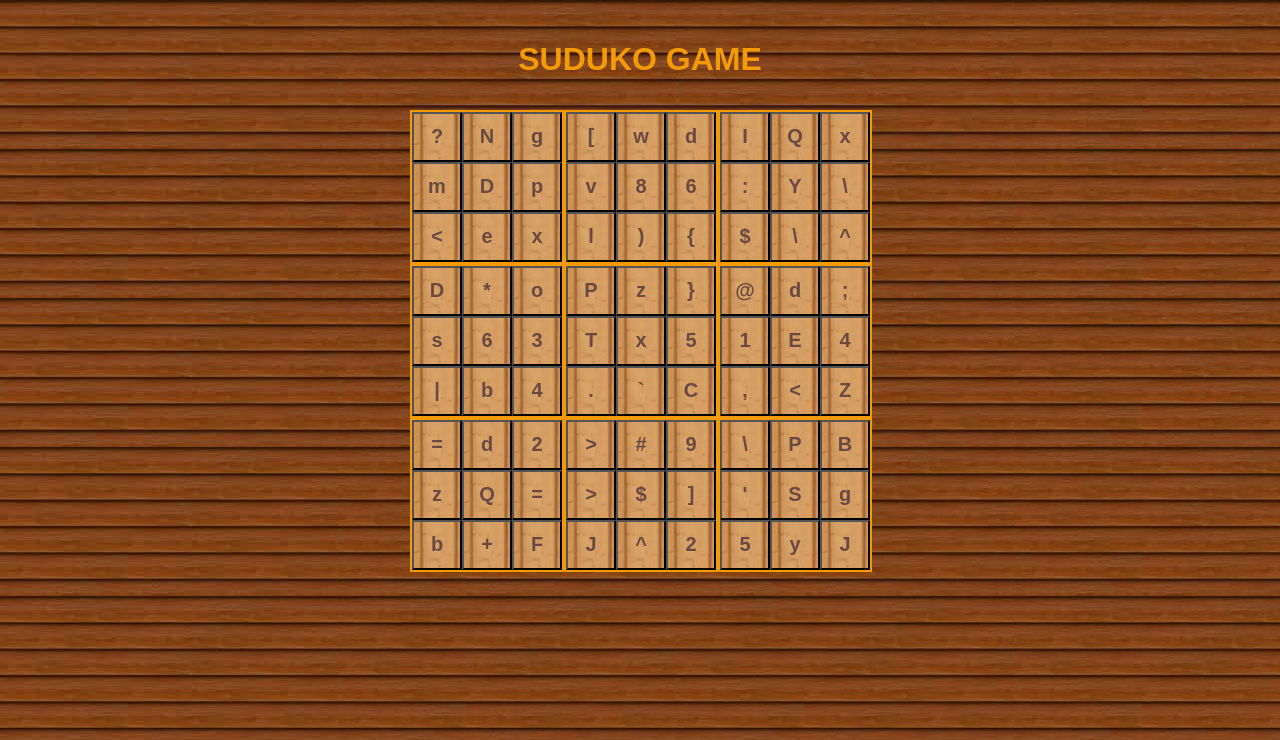
Repository: ahmad8969/Suduko-Game-React-App
Page: /
An editor plug-in stored every save of this project. The page is shown before and after the next save, followed by the edit.
The browser window is 1280 px wide. The pictures show the whole page.
Some web fonts or font styles are not loaded; a fallback is used. The project was rebuilt for these pictures with package versions that can differ from the ones it lists, and the page was loaded fresh each time.

Above is the page before, as saved 2021-02-26 17:06:27.

### src/index.js
import React from 'react';
import ReactDOM from 'react-dom';
import './index.css';
import Board from './board';
import reportWebVitals from './reportWebVitals';

ReactDOM.render(
  <React.StrictMode>
    <Board />
  </React.StrictMode>,
  document.getElementById('root')
);

// If you want to start measuring performance in your app, pass a function
// to log results (for example: reportWebVitals(console.log))
// or send to an analytics endpoint. Learn more: https://bit.ly/CRA-vitals
reportWebVitals();

### src/board.js
import React, {useState} from 'react';
import './App.css';
import Block from './components/block'
import NineBlock from './components/nineBlockComponent';


function Board () {
  const nine_block_Element_into_Nine = [1,2,3,4,5,6,7,8,9];

  const check = function(){
    var pro = prompt("Enter", "Please");
    // setNumber(pro);
    console.log(pro);

  }
  // const check = function(s,i){
  //   console.log( i)
  // }

  return (

    <div className="App">
    <h1>SUDUKO GAME </h1>
    <div className="board_nine_block_Style">
    {nine_block_Element_into_Nine.map((s,i)=>{
      return(
      <div>
      <NineBlock id={i} />
      </div>
      )
    })
    }
    </div>
    </div>
  );
}

export default Board;

### src/App.css
@import url('http://fonts.cdnfonts.com/css/game');
.App {
  text-align: center;
  background-image: url('images/download.jpg');
  color:rgb(245, 154, 7);
  padding-top:20px;
  font-family: 'GAME', sans-serif;
  /* display: flex; */
   height: 100vh !important;
  /* width: 490px !important; */
  margin: 0 auto;

}

.board_nine_block_Style{
  height: 460px !important;
  width: 460px !important;
  /* border:2px solid black !important; */
  padding: 10px;
  margin: 0 auto !important;
  display: grid;
  grid-column-gap: 0px !important;
  grid-row-gap: 0px !important;
  grid-template-columns:repeat(3,1fr)!important;
}
.heading{
  color: white;
  text-align:center;
  padding-top:50px!important;
  /* margin-top: 10px!important; */
  font-size: 30px;

}


/* @keyframes App-logo-spin {
  from {
    transform: rotate(0deg);
  }
  to {
    transform: rotate(360deg);
  }
} */

### src/components/block.js
import React, {useState} from 'react';
import './block.css'

const Block = (props) =>{

    let[value, setValue]= useState(props.number);
    var uniqueId = `${props.boardId}`+ `${props.keyId}` ;
    const [pid] = useState( uniqueId)
    let checkId = ()=>{
        if(pid == `${props.boardId}`+ `${props.keyId}`){
            // alert(pid)
            document.getElementById(pid).style.display ='none';
            document.getElementById('input').style.display ='block'

        }


    }
    const changeState = () =>{

        // let getting_new_value = prompt('enter New Value:', 'enter digit' );
        // if(getting_new_value <=10){
        //     setValue(getting_new_value);
        //     checkId();
        // }else{
        //     alert('enter digits 0-9 please'  +  getting_new_value  +  'is invalid number')
        // }


    }
    // const changeState = () =>{

    //     // stateValue.style.display ='none';
    //     var input1=  document.createElement('INPUT');
    //     input1.setAttribute("type", "text");
    //     // input1.setAttribute("value", );
    //     input1.style.height= '60px';
    //     input1.style.width= '60px';
    //     input1.style.position="relative";

    //     input1.style.zIndex="1"
    //     input1.backgroundColor='pink !important';
    //     // input1.style.backgroundImage= 'url(../images/wood.jpg)';
    //     input1.style.fontSize= '20px';
    //     input1.style.fontWeight='600'
    //     input1.style.color='black'
    //     let stateValue = document.getElementById('valueOfState').appendChild(input1);

    //     let num = stateValue
    //     console.log(num)
    //     // setValue(num);



    // }





    return (
        <div className="button_block">
            <button id={pid} onClick={checkId} >{value} </button>
            {/* <button onClick={checkId} > <span id="valueOfState">{props.number}</span> </button> */}
            <input type="text" className="button_block" id ="input"  style={{display:"none"}} />
         </div>
    )
}

export default Block;

### src/components/nineBlockComponent.js
import React from 'react';
import Block from './block'
import './block.css'

const NineBlockBox = (props) =>{
    const single_block_Into_Nine = [1,2,3,4,5,6,7,8,9];


    let check_Function = () =>{
        alert('working');
    }



     const changeState = () =>{

        // stateValue.style.display ='none';
        var input1=  document.createElement('INPUT');
        input1.setAttribute("type", "text");
        // input1.setAttribute("value", );
        input1.style.height= '60px';
        input1.style.width= '60px';
        input1.style.position="relative";

        input1.style.zIndex="1"
        input1.backgroundColor='pink !important';
        // input1.style.backgroundImage= 'url(../images/wood.jpg)';
        input1.style.fontSize= '20px';
        input1.style.fontWeight='600'
        input1.style.color='black'
        let stateValue = document.getElementById('valueOfState').appendChild(input1);

        let num = stateValue
        console.log(num)
        // setValue(num);



    }
    return (
        <div className="nine_block_Style">
     {single_block_Into_Nine.map((s,i)=>{
    let random = Math.floor(Math.random() * (33 - 126)) + 126;
    const character = String.fromCharCode(random);

  return(
    <div>
      <Block keyId={i} boardId={props.id}  number={character}/>
      </div>
  )
  })}
        </div>
    )
}
export default NineBlockBox;

### src/components/block.css
.button_block button{
    height: 50px !important;
    width: 50px !important;
    background-image: url('../images/wood.jpg');
    /* background-color: aquamarine !important; */
    margin: 0!important;
    font-size: 20px!important;
    font-weight:600;
    /* color:rgb(109,84,62); */
    color: #6a4940;
}
.nine_block_Style{
    height: 150px !important;
    width: 150px !important;
    border:2px solid rgb(245, 154, 7) !important;
    display: grid;
    margin: 0!important;
    grid-template-columns:repeat(3,1fr)!important;
    grid-column-gap: 0px !important;
    grid-row-gap: 0px !important;
}
.button_block1{
    height: 50px !important;
    width: 50px !important;
    background-image: url('../images/wood.jpg');
    /* background-color: aquamarine !important; */
    margin: 0!important;
    font-size: 20px!important;
    font-weight:600;
    border:2px solid black;
    /* color:rgb(109,84,62); */
    color: #6a4940;
}

Loaded but not shown: public/index.html (common file); src/index.css (common file); src/reportWebVitals.js (common file)

After the next save:
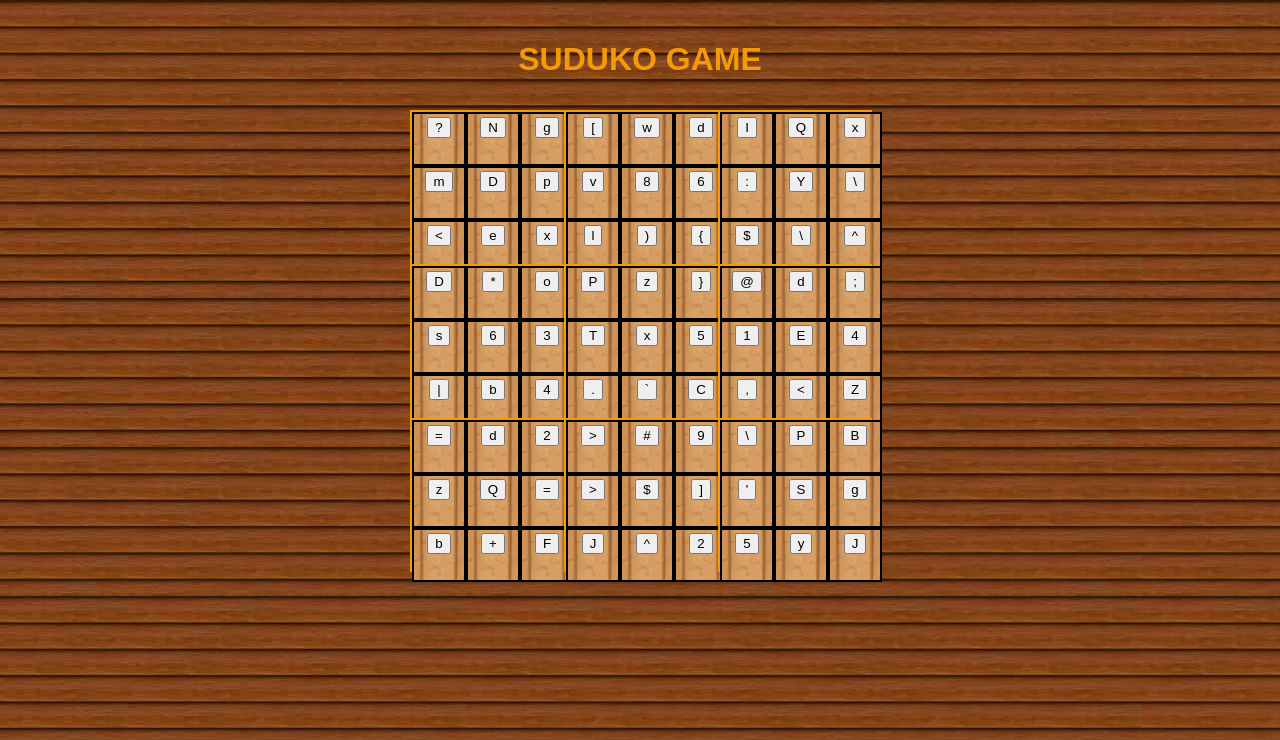
Saved 5 s later.
--- a/src/components/block.js
+++ b/src/components/block.js
@@ -59,7 +59,7 @@
 
 
     return (
-        <div className="button_block">
+        <div className="button_block1">
             <button id={pid} onClick={checkId} >{value} </button>
             {/* <button onClick={checkId} > <span id="valueOfState">{props.number}</span> </button> */}
             <input type="text" className="button_block" id ="input"  style={{display:"none"}} />

After the save that followed:
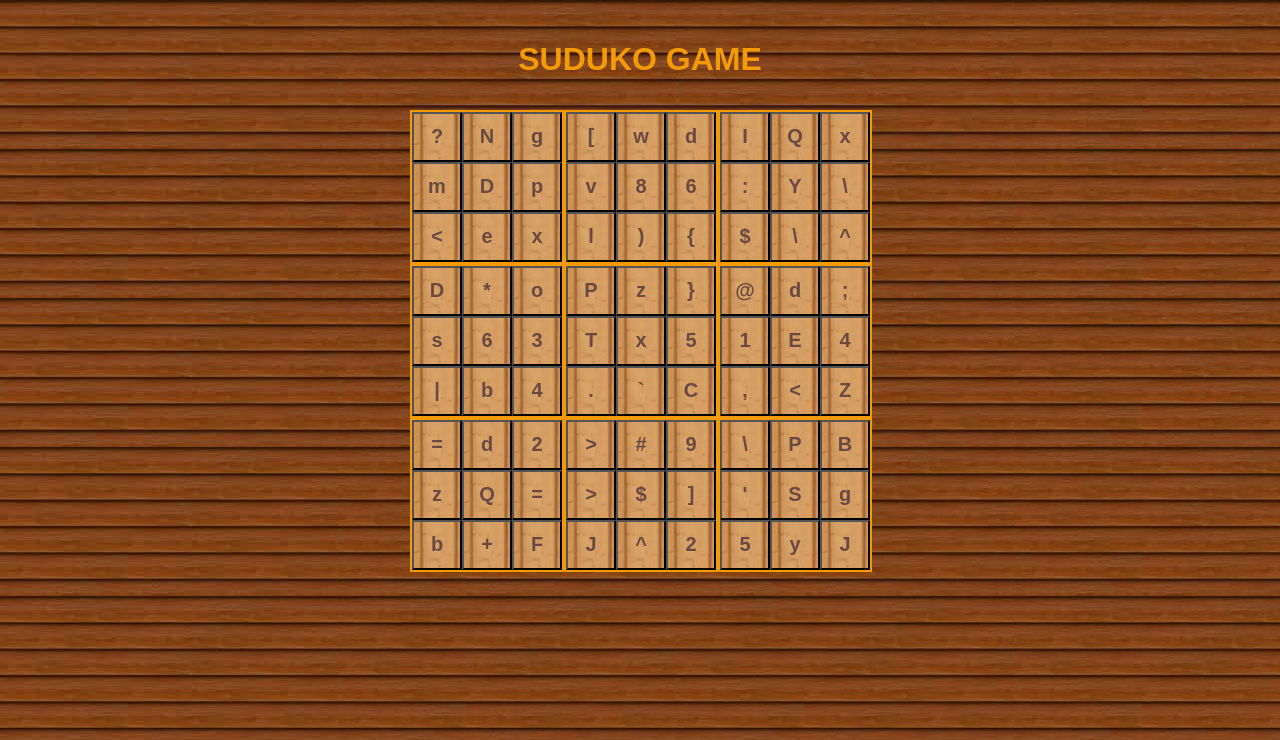
Saved 18 s later.
--- a/src/components/block.js
+++ b/src/components/block.js
@@ -59,10 +59,10 @@
 
 
     return (
-        <div className="button_block1">
+        <div className="button_block">
             <button id={pid} onClick={checkId} >{value} </button>
             {/* <button onClick={checkId} > <span id="valueOfState">{props.number}</span> </button> */}
-            <input type="text" className="button_block" id ="input"  style={{display:"none"}} />
+            <input type="text" className="button_block1" id ="input"  style={{display:"none"}} />
          </div>
     )
 }
